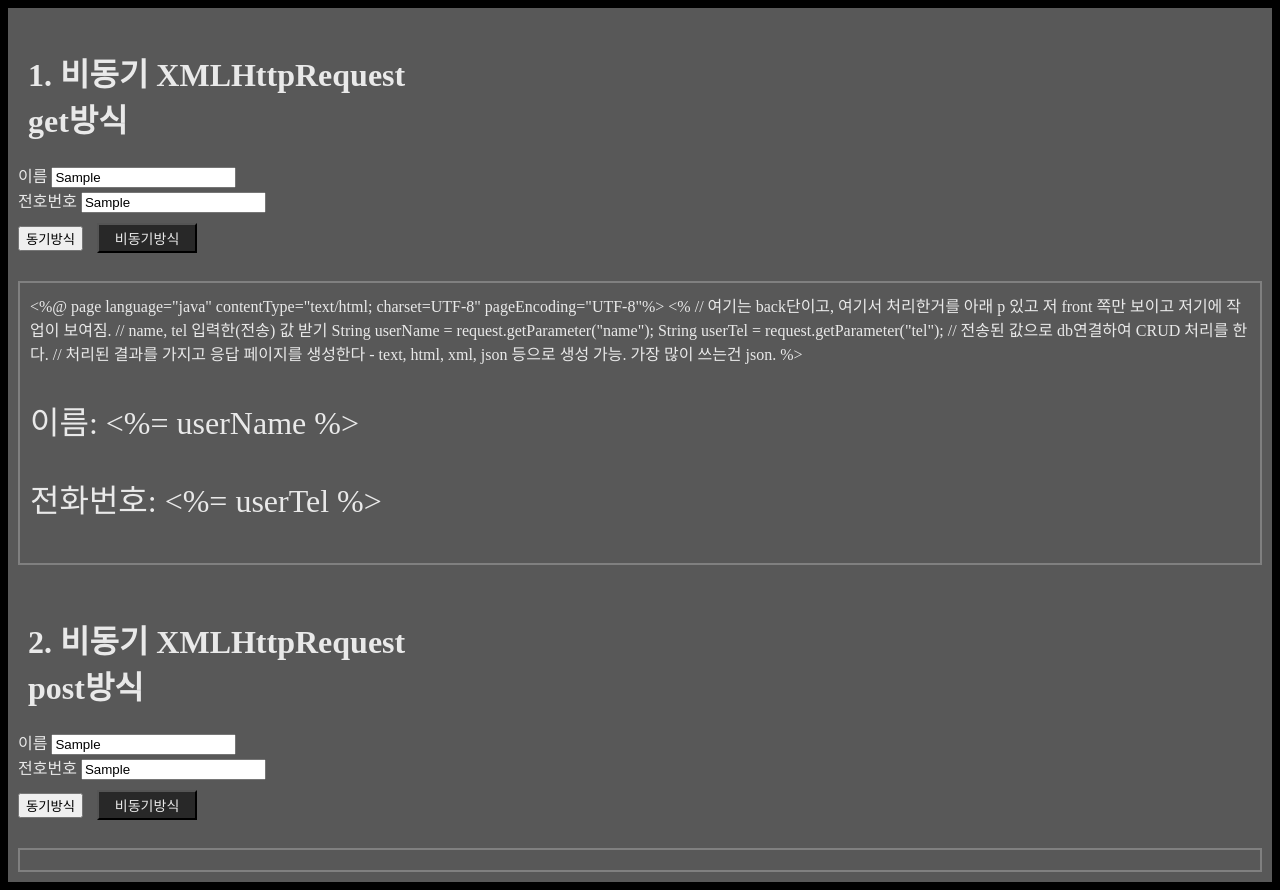
Repository: prawniel99/05_JQuery
Page: workspace/jqpro/WebContent/비동기3_XMLRequest/test1.html
These files come from the project's save history. The page is drawn as it stood at one moment and after the next save; the edit follows.
The browser window is 1280 px wide. The pictures show the whole page.
Empty fields were first filled with sample values (such as "Sample", 5 or name@example.com).
After loading, the first visible `#asynpost` was clicked once.

Above is the page before, as saved 2024-08-22 01:12:22.

After the next save:
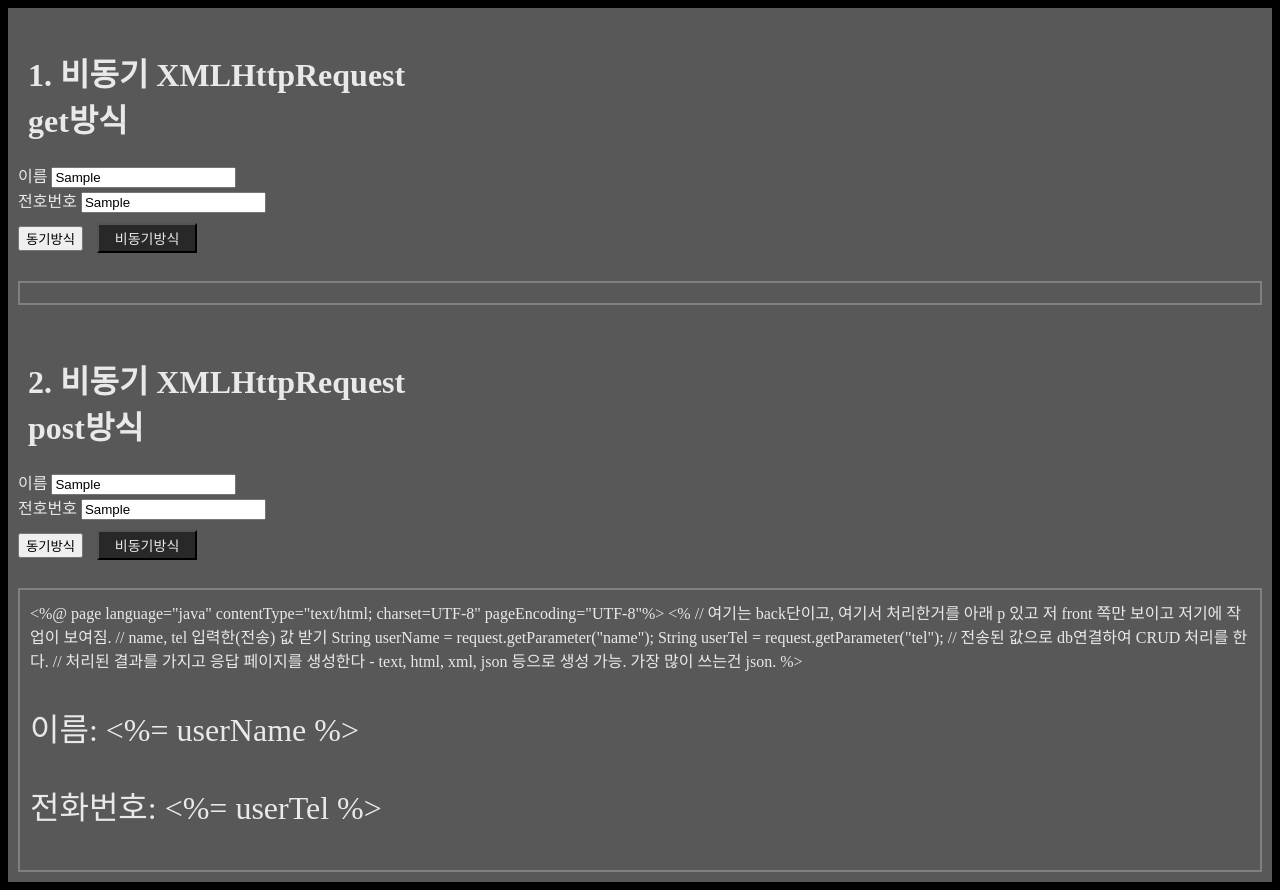
Saved 4 s later.
--- a/workspace/jqpro/WebContent/비동기3_XMLRequest/test1.html
+++ b/workspace/jqpro/WebContent/비동기3_XMLRequest/test1.html
@@ -35,7 +35,7 @@
                 	if(this.readyState==4 && this.status==200){
                 		res = this.responseText;
 
-                		$('#result1').html(res);
+                		$('#result2').html(res);
                 	}
                 }
         	})
